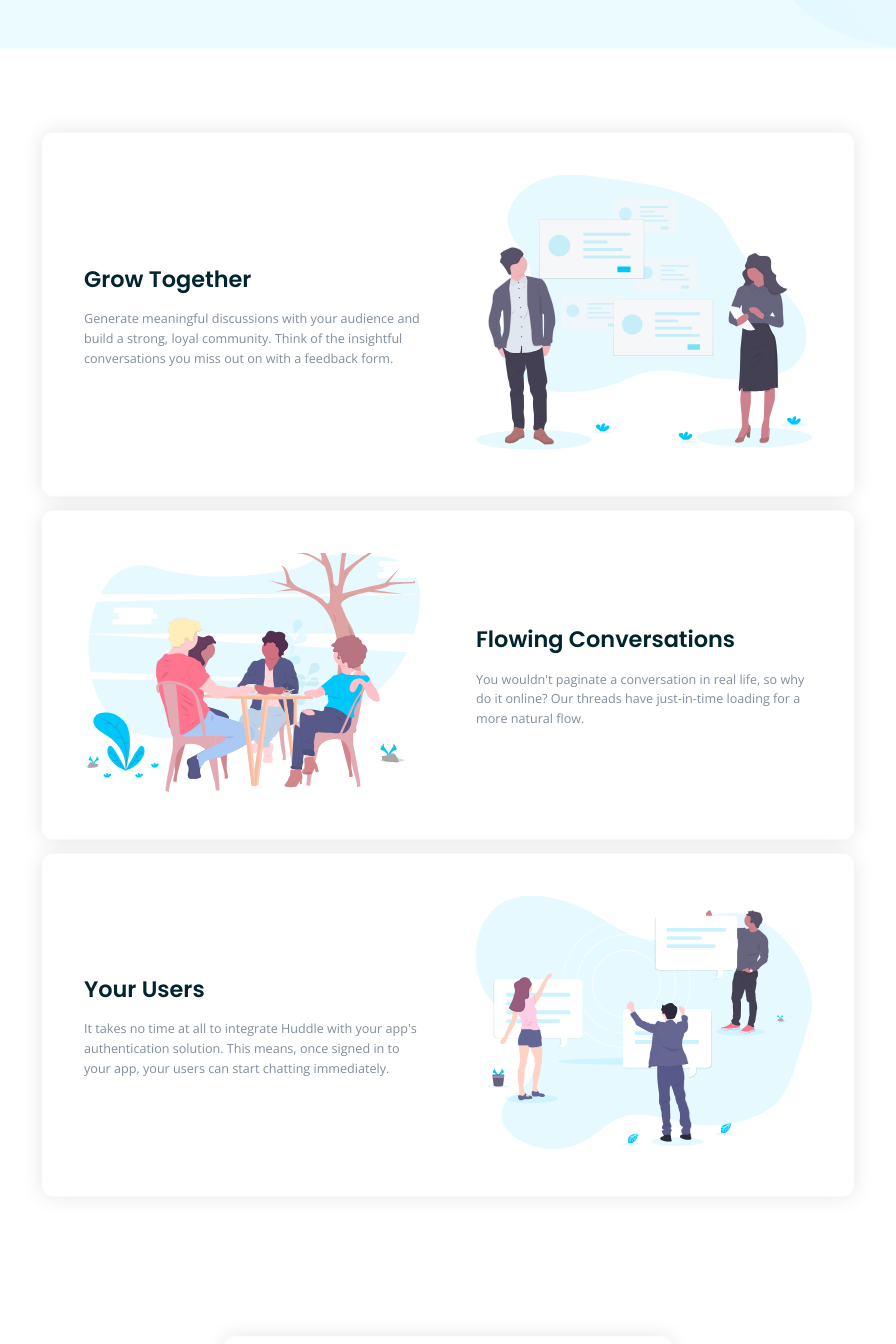
Repository: blordeus/huddle-landing-page
Page: index.html
The author's editor kept a copy of each file at every save. The page is drawn from the files as they stood at one save, then again after the next save.
The browser window is 1280 px wide. The pictures show the part of the page from y = 618 to 2538 px (the page is 3305 px tall before and 3077 px after), at 70% of full size.

Above is the page before, as saved 2025-07-01 11:38:47.

### index.html
<!DOCTYPE html>
<html lang="en">
<head>
  <meta charset="UTF-8">
  <meta name="viewport" content="width=device-width, initial-scale=1.0">
  <link rel="icon" type="image/png" sizes="32x32" href="./images/favicon-32x32.png">
  <title>Frontend Mentor | Huddle landing page with alternating feature blocks</title>

  <!-- Google Fonts -->
  <link rel="preconnect" href="https://fonts.googleapis.com">
  <link rel="preconnect" href="https://fonts.gstatic.com" crossorigin>
  <link href="https://fonts.googleapis.com/css2?family=Poppins:wght@600&family=Open+Sans:wght@400;700&display=swap" rel="stylesheet">
  <link rel="stylesheet" type="text/css" href="styles.css" />

  <!-- Font Awesome for social icons -->
  <link rel="stylesheet" href="https://cdnjs.cloudflare.com/ajax/libs/font-awesome/6.0.0/css/all.min.css">
</head>

<body>
  <section class="bg-wrapper">
  <!-- Header -->
  <header class="header">
    <div class="container">
      <div class="header-content">
        <img src="./images/logo.svg" alt="Logo">
        <a href="#" class="btn btn-outline">Try It Free</a>
      </div>
    </div>
  </header>

  <!-- Hero Section -->
   <div class="hero">
    <div class="container">
      <div class="hero-content">
        <div class="hero-text">
          <h1>Build The Community Your Fans Will Love</h1>
          <p>Huddle re-imagines the way we build communities. You have a voice, but so does your audience. Create connections with your users as you engage in genuine discussion.</p>
          <a href="#" class="btn">Get Started For Free</a>
        </div>
        <div class="hero-image">
          <img src="./images/illustration-mockups.svg" alt="Desktop and mobile chat interface showing community conversations">
        </div>
      </div>
    </div>
   </div>
  </section>

  <!-- Features Section -->
  <section class="features">
    <div class="container">
      <div class="feature">
        <div class="feature-content">
          <h2>Grow Together</h2>
          <p>Generate meaningful discussions with your audience and build a strong, loyal community. Think of the insightful conversations you miss out on with a feedback form.</p>
        </div>
        <div class="feature-image">
          <img src="./images/illustration-grow-together.svg" alt="Illustration of people having meaningful conversations and building community">
        </div>
      </div>

      <div class="feature">
        <div class="feature-content">
          <h2>Flowing Conversations</h2>
          <p>You wouldn't paginate a conversation in real life, so why do it online? Our threads have just-in-time loading for a more natural flow.</p>
        </div>
        <div class="feature-image">
          <img src="./images/illustration-flowing-conversation.svg" alt="Illustration of natural flowing conversation interface with seamless chat threads">
        </div>
      </div>

      <div class="feature">
        <div class="feature-content">
          <h2>Your Users</h2>
          <p>It takes no time at all to integrate Huddle with your app's authentication solution. This means, once signed in to your app, your users can start chatting immediately.</p>
        </div>
        <div class="feature-image">
          <img src="./images/illustration-your-users.svg" alt="Illustration showing easy user authentication and immediate chat access">
        </div>
      </div>
    </div>
  </section>

  <!-- Call to Action -->
  <section class="cta">
    <div class="container">
      <h2>Ready To Build Your Community?</h2>
      <a href="#" class="btn">Get Started For Free</a>
    </div>
  </section>

  <!-- Footer -->
  <footer class="footer">
    <div class="container">
      <a href="#" class="footer-logo">
            <img src="./images/logo.svg" alt="">
          </a>
      <div class="footer-content">
        <div class="footer-info">
          <div class="contact-info">
            <div class="contact-item">
              <img src="./images/icon-location.svg" alt="">
              <p>Lorem ipsum dolor sit amet, consectetur adipiscing elit, sed do eiusmod tempor incididunt ut labore et dolore magna aliqua</p>
            </div>
            <div class="contact-item">
              <img src="./images/icon-phone.svg" alt="">
              <p>+1-543-123-4567</p>
            </div>
            <div class="contact-item">
              <img src="./images/icon-email.svg" alt="">
              <p>example@huddle.com</p>
            </div>
          </div>
        </div>

        <div class="footer-links">
          <a href="#">About Us</a>
          <a href="#">What We Do</a>
          <a href="#">FAQ</a>
        </div>

        <div class="footer-links">
          <a href="#">Career</a>
          <a href="#">Blog</a>
          <a href="#">Contact Us</a>
        </div>

        <div class="social-icons">
          <a href="#" class="social-icon" aria-label="Facebook">
            <i class="fab fa-facebook-f"></i>
          </a>
          <a href="#" class="social-icon" aria-label="Twitter">
            <i class="fab fa-twitter"></i>
          </a>
          <a href="#" class="social-icon" aria-label="Instagram">
            <i class="fab fa-instagram"></i>
          </a>
        </div>
      </div>

      <div class="copyright">
        <p>&copy; Copyright 2018 Huddle. All rights reserved.</p>
      </div>
    </div>

    <p class="attribution">
      Challenge by <a href="https://www.frontendmentor.io?ref=challenge" target="_blank">Frontend Mentor</a>.
      Coded by <a href="#">Your Name Here</a>.
    </p>
  </footer>
</body>
</html>

### styles.css
    * {
      margin: 0;
      padding: 0;
      box-sizing: border-box;
    }

    body {
      font-family: 'Open Sans', sans-serif;
      font-size: 18px;
      line-height: 1.6;
      color: hsl(192, 100%, 9%);
    }

    .container {
      max-width: 1200px;
      margin: 0 auto;
      padding: 0 20px;
    }

    .bg-wrapper {
      background: hsl(193, 100%, 96%);
      background-image: url('./images/bg-hero-desktop.svg');
      background-size: cover;
      background-position: center;
    }

    /* Header */
    .header {
      padding: 24px 0;
    }

    .header-content {
      display: flex;
      justify-content: space-between;
      align-items: center;
    }

    .header-content img {
      height: 40px;
    }

    .btn {
      background: hsl(322, 100%, 66%);
      color: white;
      border: none;
      padding: 12px 48px;
      border-radius: 24px;
      font-family: 'Open Sans', sans-serif;
      font-weight: 700;
      font-size: 14px;
      cursor: pointer;
      text-decoration: none;
      display: inline-block;
      transition: opacity 0.3s ease;
      box-shadow: 0 4px 8px rgba(0, 0, 0, 0.1);
    }

    .btn:hover {
      opacity: 0.8;
    }

    .btn-outline {
      background: white;
      box-shadow: 0 4px 8px rgba(0, 0, 0, 0.1);
      color: #00252E;
    }

    .btn-outline:hover {
      color: #808E9A;
    }

    /* Hero Section */
    .hero {
      padding: 80px 0 120px;
    }

    .hero-content {
      display: grid;
      grid-template-columns: 1fr 1fr;
      gap: 80px;
      align-items: center;
    }

    .hero-text h1 {
      font-family: 'Poppins', sans-serif;
      font-weight: 600;
      font-size: 48px;
      line-height: 1.2;
      margin-bottom: 24px;
      color: hsl(192, 100%, 9%);
    }

    .hero-text p {
      font-size: 18px;
      color: hsl(192, 100%, 9%);
      margin-bottom: 32px;
      line-height: 1.6;
    }

    .hero-image {
      text-align: center;
    }

    .hero-image img {
      max-width: 100%;
      height: auto;
    }

    /* Features Section */
    .features {
      padding: 120px 0;
    }

    .feature {
      display: grid;
      grid-template-columns: 1fr 1fr;
      gap: 80px;
      align-items: center;
      margin-bottom: 20px;
      background: white;
      padding: 60px;
      border-radius: 16px;
      box-shadow: 0 0 30px rgba(0, 0, 0, 0.1);
    }

    .feature:nth-child(even) .feature-content {
      order: 2;
    }

    .feature:nth-child(even) .feature-image {
      order: 1;
    }

    .feature h2 {
      font-family: 'Poppins', sans-serif;
      font-weight: 600;
      font-size: 32px;
      margin-bottom: 16px;
      color: hsl(192, 100%, 9%);
    }

    .feature p {
      color: hsl(208, 11%, 55%);
      line-height: 1.6;
    }

    .feature-image {
      text-align: center;
    }

    .feature-image img {
      max-width: 100%;
      height: auto;
    }

    /* Call to Action */
    .cta {
      text-align: center;
      padding: 80px 0;
      background: white;
      width: 50%;
      margin: 0 auto;
      box-sizing: border-box;
      border-radius: 16px;
      box-shadow: 0 0 30px rgba(0, 0, 0, 0.1);
      position: relative;
      z-index: 2;
      transform: translateY(20%);
    }

    .cta a {
      background: hsl(322, 100%, 66%);
      color: white;
      padding: 16px 64px;
      border-radius: 24px;
      font-family: 'Open Sans', sans-serif;
      font-weight: 700;
      font-size: 14px;
      cursor: pointer;
      text-decoration: none;
      display: inline-block;
      transition: opacity 0.3s ease;
      box-shadow: 0 4px 8px rgba(0, 0, 0, 0.1);

    }

    .cta h2 {
      font-family: 'Poppins', sans-serif;
      font-weight: 600;
      font-size: 32px;
      margin-bottom: 32px;
      color: hsl(192, 100%, 9%);
    }

    /* Footer */
    .footer {
      background: hsl(192, 100%, 9%);
      color: white;
      padding: 120px 0 40px;
    }

    .footer-content {
      display: grid;
      grid-template-columns: 2fr 1fr 1fr 1fr;
      gap: 60px;
      margin-bottom: 40px;
    }

    .footer-logo {
      display: flex;
      align-items: center;
      gap: 8px;
      font-family: 'Poppins', sans-serif;
      font-weight: 600;
      font-size: 24px;
      color: white;
      text-decoration: none;
      margin-bottom: 24px;
    }

    .footer-logo .logo-icon {
      background: white;
      color: hsl(322, 100%, 66%);
    }

    .contact-info {
      display: flex;
      flex-direction: column;
      gap: 16px;
    }

    .contact-item {
      display: flex;
      align-items: flex-start;
      gap: 16px;
    }

    .contact-item i {
      margin-top: 4px;
      width: 16px;
    }

    .footer-links {
      display: flex;
      flex-direction: column;
      gap: 12px;
    }

    .footer-links a {
      color: white;
      text-decoration: none;
      transition: color 0.3s ease;
    }

    .footer-links a:hover {
      color: hsl(322, 100%, 66%);
    }

    .social-icons {
      display: flex;
      gap: 16px;
      justify-content: center;
    }

    .social-icon {
      width: 40px;
      height: 40px;
      border: 1px solid white;
      border-radius: 50%;
      display: flex;
      align-items: center;
      justify-content: center;
      color: white;
      text-decoration: none;
      transition: all 0.3s ease;
    }

    .social-icon:hover {
      color: hsl(322, 100%, 66%);
      border-color: hsl(322, 100%, 66%);
    }

    .copyright {
      text-align: center;
      font-size: 14px;
      color: hsl(208, 11%, 55%);
      padding-top: 40px;
      border-top: 1px solid hsl(208, 11%, 55%);
    }

    .attribution {
      font-size: 11px;
      text-align: center;
      margin-top: 20px;
    }

    .attribution a {
      color: hsl(228, 45%, 44%);
    }

    /* Responsive Design */
    @media (max-width: 768px) {
      .container {
        padding: 0 16px;
      }

      .bg-wrapper {
        background-image: url('./images/bg-hero-mobile.svg');
      }

      .header-content {
        flex-direction: column;
        gap: 20px;
      }

      .hero-content {
        grid-template-columns: 1fr;
        gap: 40px;
        text-align: center;
      }

      .hero-text h1 {
        font-size: 32px;
      }

      .feature {
        grid-template-columns: 1fr;
        gap: 40px;
        padding: 40px 20px;
        text-align: center;
      }

      .feature:nth-child(even) .feature-content,
      .feature:nth-child(even) .feature-image {
        order: unset;
      }

      .footer-content {
        grid-template-columns: 1fr;
        gap: 40px;
        text-align: center;
      }

      .social-icons {
        justify-content: center;
      }

      .cta {
        margin: 0 16px;
        padding: 40px 20px;
      }

      .cta h2 {
        font-size: 24px;
      }
    }

After the next save:
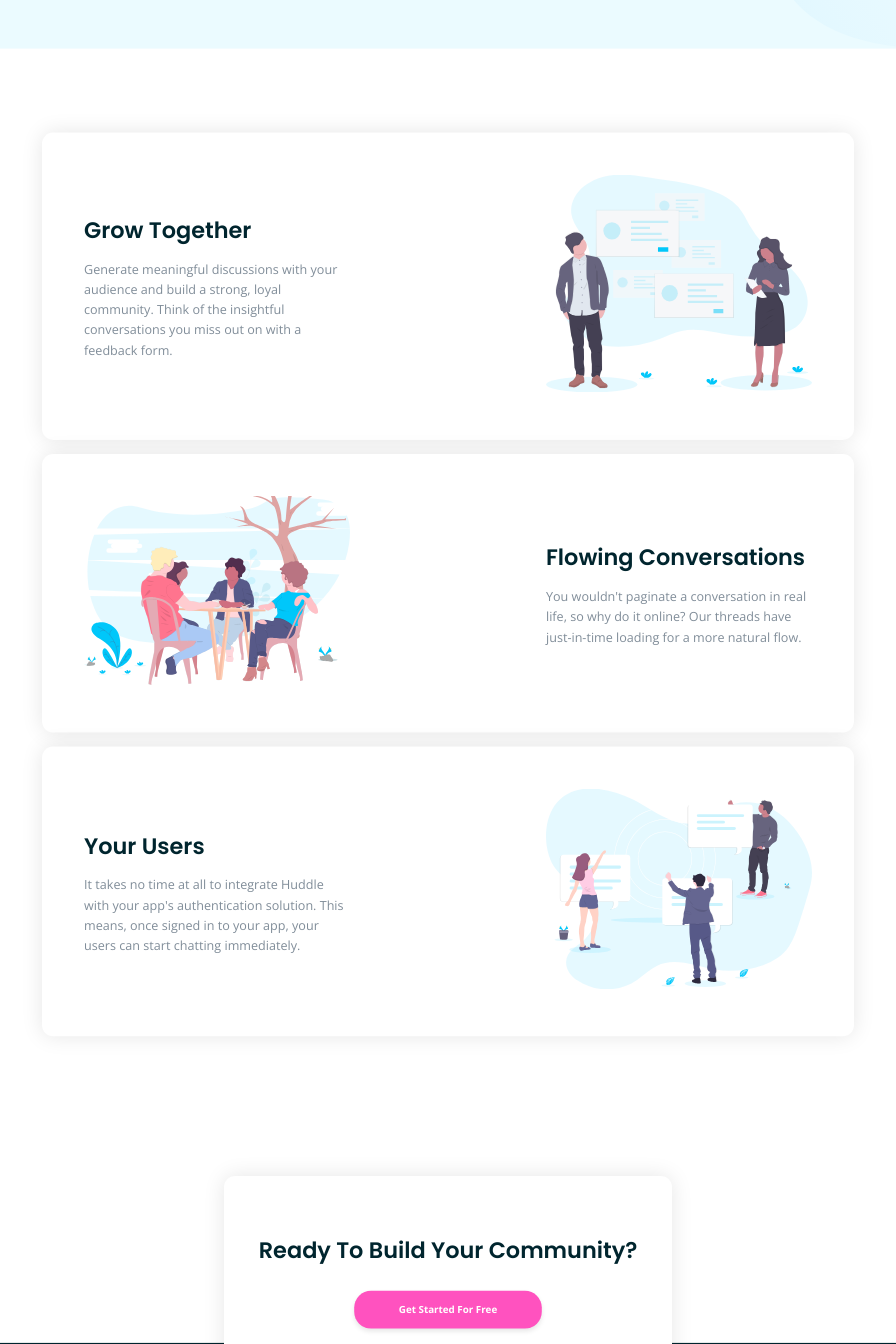
Saved 7 s later.
--- a/styles.css
+++ b/styles.css
@@ -114,7 +114,7 @@
     .feature {
       display: grid;
       grid-template-columns: 1fr 1fr;
-      gap: 80px;
+      gap: 280px;
       align-items: center;
       margin-bottom: 20px;
       background: white;

After the save that followed:
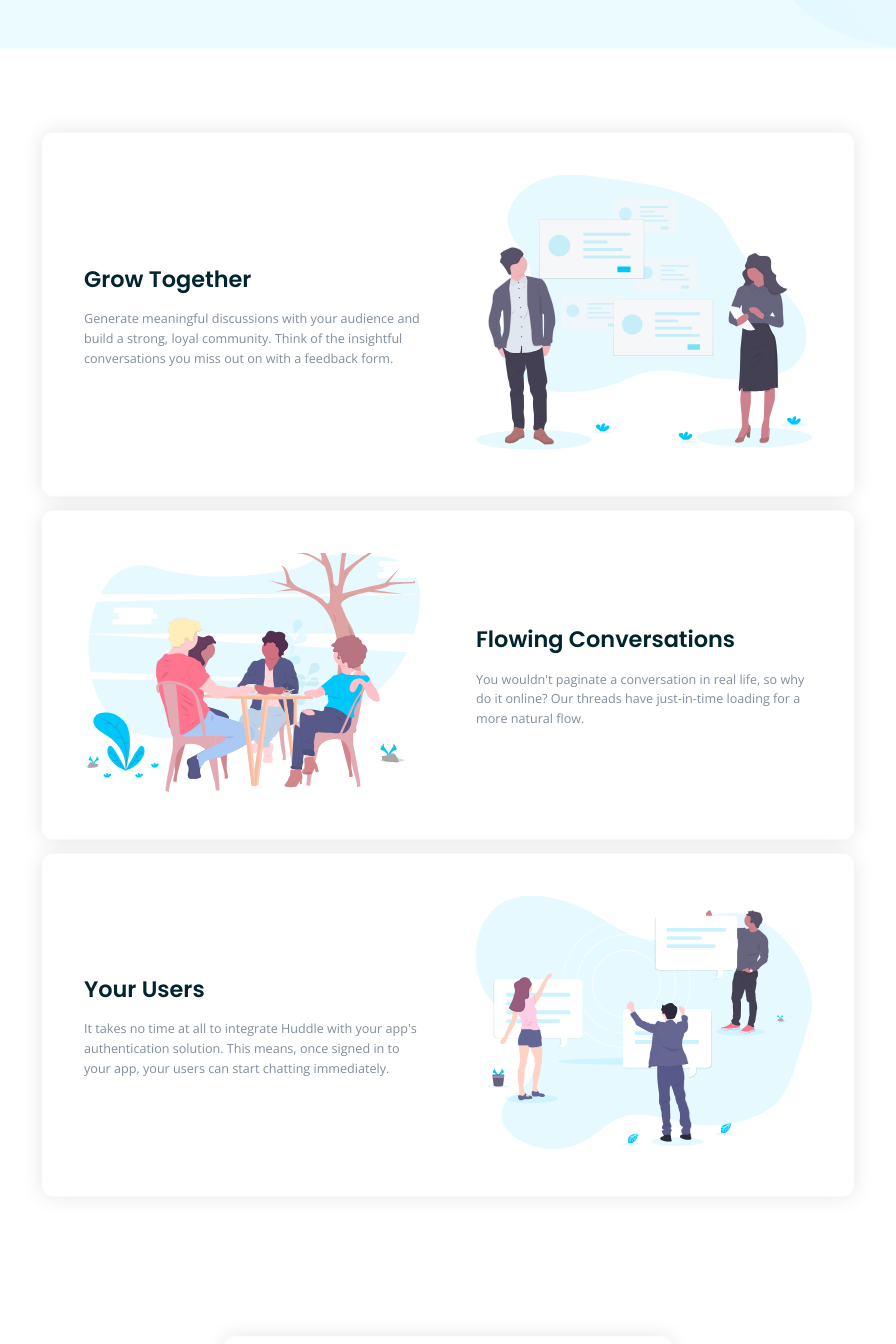
Saved 5 s later.
--- a/styles.css
+++ b/styles.css
@@ -114,7 +114,7 @@
     .feature {
       display: grid;
       grid-template-columns: 1fr 1fr;
-      gap: 280px;
+      gap: 80px;
       align-items: center;
       margin-bottom: 20px;
       background: white;
